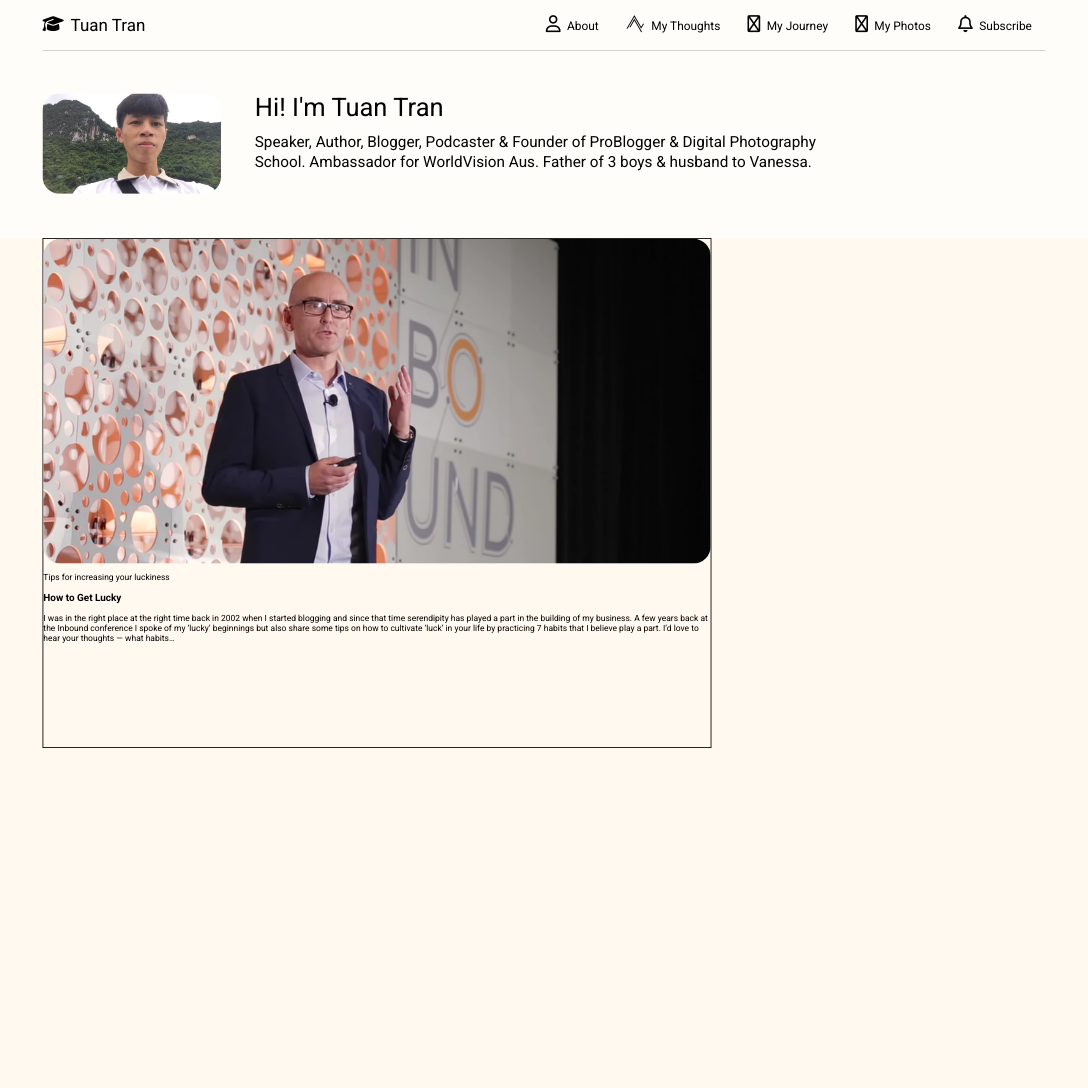
Repository: TranDinhTuann/Blog-Demo
Page: index.html
The author's editor kept a copy of each file at every save. The page is drawn from the files as they stood at one save, then again after the next save.
The browser window is 1280 px wide. The pictures show the whole page, at 85% of full size.

Above is the page before, as saved 2023-03-22 20:20:55.

After the next save:
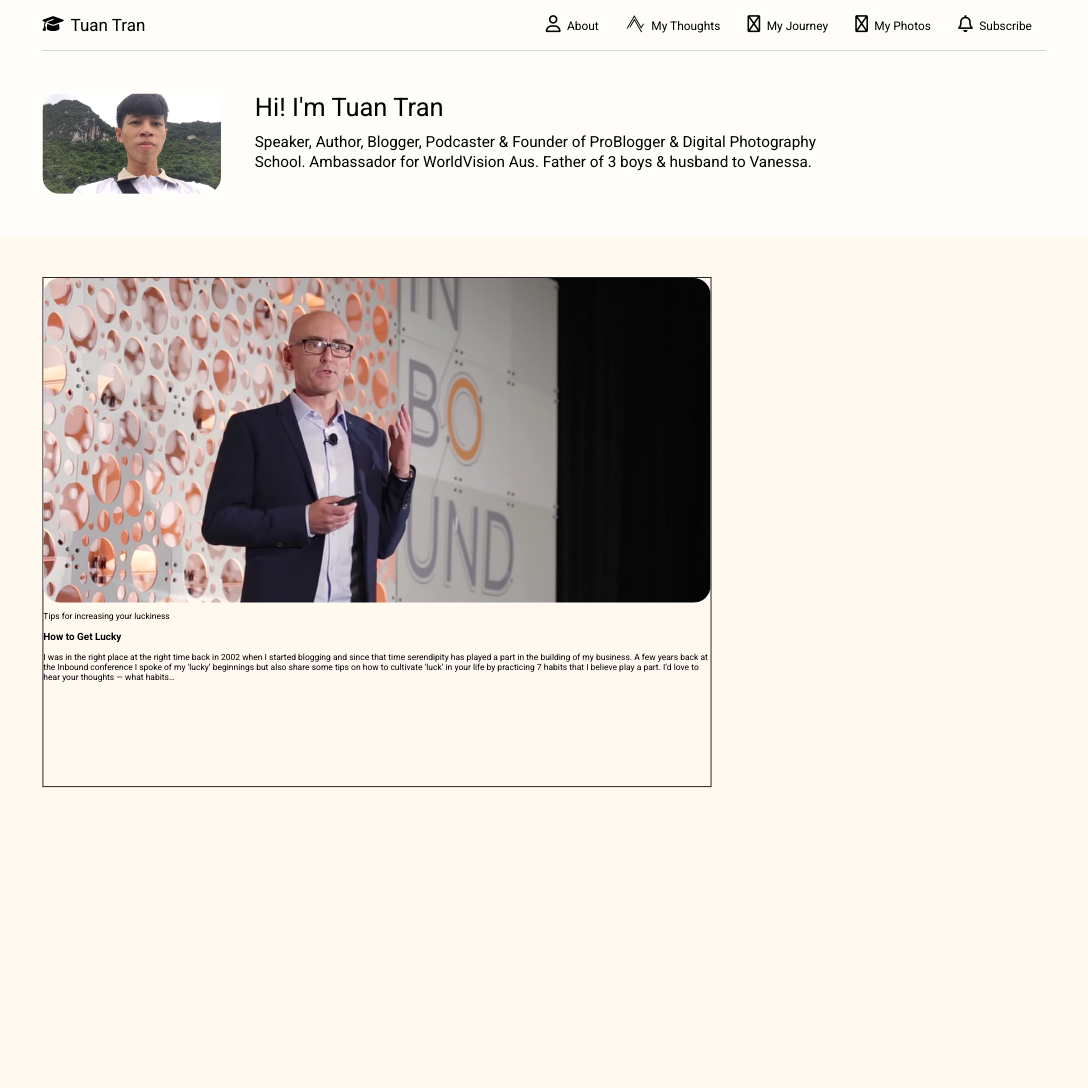
Saved 42 s later.
--- a/assets/css/main.css
+++ b/assets/css/main.css
@@ -101,6 +101,7 @@
 .grid1  {
     margin: 0 50px;
     display: flex;
+    padding-top: 46px;
 }
 .content {
     border: 1px solid #000;
